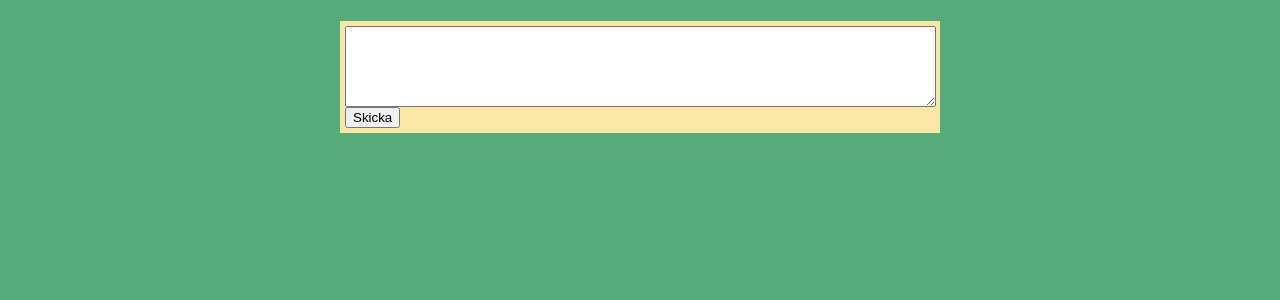
Repository: jc222fi/1dv403-laborationer
Page: 2-labbymezzage/index.html
The author's editor kept a record of every edit. The page is drawn from the files as they stood at one moment, then again after the next edit.
The browser window is 1280 px wide. The pictures show the whole page.

Above is the page before.

After the next edit:
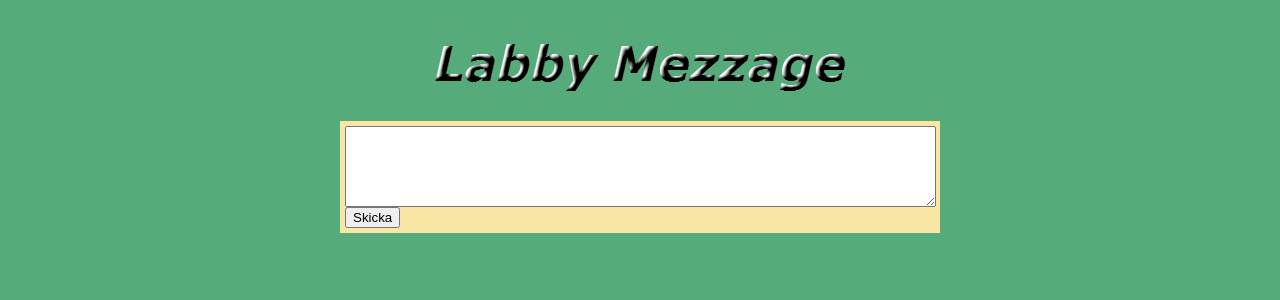
The edit:
--- a/2-labbymezzage/style.css
+++ b/2-labbymezzage/style.css
@@ -2,6 +2,9 @@
 .container{
     width:600px;
 	margin:0 auto;
+}
+.header{
+    height:100px;
 }
 .content{
     padding:5px;
